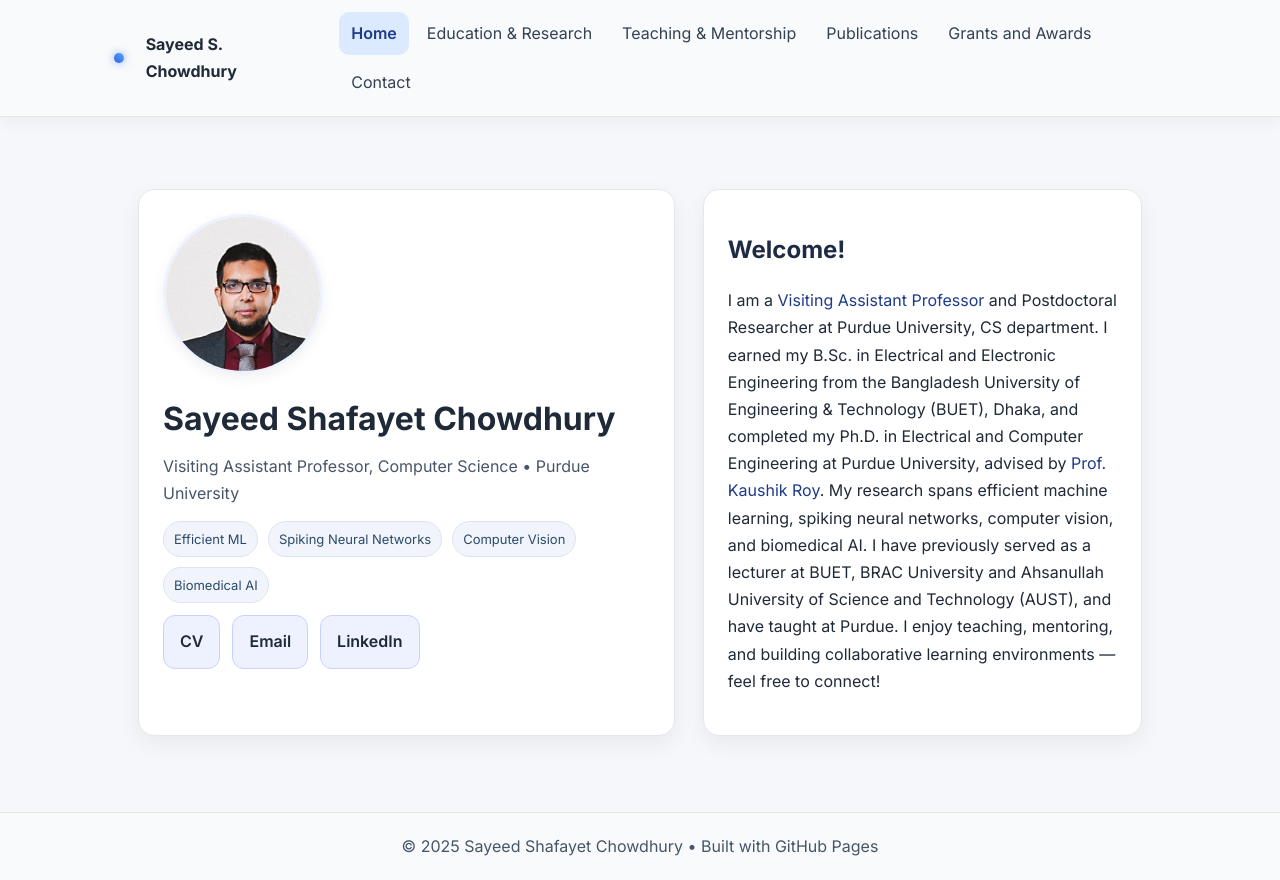
Repository: SayeedChowdhury/SayeedChowdhury.github.io
Page: index.html
These files come from the project's save history. The page is drawn as it stood at one moment and after the next save; the edit follows.
The browser window is 1280 px wide. The pictures show the whole page.

Above is the page before, as saved 2025-10-05 08:06:47.

### index.html
<!doctype html>
<html lang="en">
<head>
  <meta charset="utf-8">
  <meta name="viewport" content="width=device-width, initial-scale=1">
  <title>Sayeed S. Chowdhury • Academic Portfolio</title>
  <link rel="preconnect" href="https://fonts.googleapis.com">
  <link rel="preconnect" href="https://fonts.gstatic.com" crossorigin>
  <link href="https://fonts.googleapis.com/css2?family=Inter:wght@400;600;700&display=swap" rel="stylesheet">
  <link rel="stylesheet" href="assets/style.css">
</head>
<body>
<div class="nav">
  <div class="inner container">
    <div class="brand"><span class="dot"></span> <a href="index.html" style="text-decoration:none;color:inherit;">Sayeed S. Chowdhury</a></div>
    <div style="margin-left:auto; display:flex; gap:6px; flex-wrap:wrap">
      <a href="index.html" class="active">Home</a>
      <a href="edu-exp.html" class="">Education & Research</a>
      <a href="teaching.html" class="">Teaching & Mentorship</a>
      <!-- <a href="research.html" class="">Research</a> -->
      <a href="publications.html" class="">Publications</a>
      <a href="awards.html" class="">Grants and Awards</a>
      <a href="contact.html" class="">Contact</a>
    </div>
  </div>
</div>
<div class="container">

<section class="hero">
  <div class="card">
    <div class="row">
      <img class="headshot" src="images/headshot.jpg" alt="Headshot of Sayeed S. Chowdhury" />
      <div>
        <h1>Sayeed Shafayet Chowdhury</h1>
        <div class="lead">Visiting Assistant Professor, Computer Science • Purdue University</div>
        <div class="badges">
          <span class="badge">Efficient ML</span>
          <span class="badge">Spiking Neural Networks</span>
          <span class="badge">Computer Vision</span>
          <span class="badge">Biomedical AI</span>
        </div>
        <div class="cta">
          <a class="button" href="assets/cv.pdf" target="_blank" rel="noopener">CV</a>
          <a class="button" href="mailto:turjo11@gmail.com" target="_blank" rel="noopener">Email</a>
          <a class="button" href="https://www.linkedin.com/in/sayeed-shafayet-c-355aa7a1/" target="_blank" rel="noopener">LinkedIn</a>
        </div>

      </div>
    </div>
  </div>

  <div class="card">
    <h2>Welcome!</h2>
    <p>
        I am a <a href="https://www.cs.purdue.edu/people/faculty/chowdh23.html" target="_blank" rel="noopener">Visiting Assistant Professor</a> and Postdoctoral Researcher at Purdue University, CS department.
        I earned my B.Sc. in Electrical and Electronic Engineering from the
        Bangladesh University of Engineering & Technology (BUET), Dhaka, and completed my Ph.D. in Electrical and Computer Engineering at Purdue University, advised by
        <a href="https://scholar.google.com/citations?user=to4P8KgAAAAJ&hl=en" target="_blank" rel="noopener">
            Prof. Kaushik Roy</a>.
        My research spans efficient machine learning, spiking neural networks, computer vision, and biomedical AI.
        I have previously served as a lecturer at BUET, BRAC University and Ahsanullah University of Science and Technology (AUST), and have taught at Purdue.
        I enjoy teaching, mentoring, and building collaborative learning environments — feel free to connect!
    </p>
</div>

</section>

</div>
<div class="footer">© 2025 Sayeed Shafayet Chowdhury • Built with GitHub Pages</div>
</body>
</html>

### assets/style.css
/* ================================
   Sayeed S. Chowdhury — style.css
   Mild light theme (no top halo)
   ================================ */

   :root{
    --bg:#f6f7fb;          /* mild light (not white) */
    --panel:#ffffff;       /* card surface */
    --panel-2:#f1f5fb;     /* subtle secondary surface */
    --ink:#1f2937;         /* main text (slate-800) */
    --muted:#475569;       /* secondary text (slate-600) */
    --navy:#1e3a8a;        /* accent for nav/links (blue-900) */
    --gold:#b58500;        /* optional accent */
    --border:#e5e7eb;      /* card/nav borders */
    --shadow:0 8px 22px rgba(0,0,0,.06);
    --radius:16px;
  }

  /* Base */
  *{ box-sizing:border-box }
  html,body{ height:100% }
  body{
    margin:0;
    color:var(--ink);
    background:var(--bg); /* removed radial gradients/halo */
    font:16px/1.7 "Inter", system-ui, -apple-system, Segoe UI, Roboto, Helvetica, Arial;
    -webkit-font-smoothing:antialiased;
    text-rendering:optimizeLegibility;
  }

  .container{ max-width:1100px; margin:0 auto; padding:24px }

  /* Top Nav */
  .nav{
    position:sticky; top:0; z-index:10;
    background:#f9fafb;                      /* solid so it’s visible */
    backdrop-filter:saturate(140%) blur(6px);
    border-bottom:1px solid var(--border);
    box-shadow:0 6px 14px rgba(0,0,0,.04);
  }
  .nav .inner{ display:flex; align-items:center; gap:16px; padding:12px 24px; }
  .nav .brand{ display:flex; align-items:center; gap:10px; font-weight:700; color:var(--ink) }
  .nav .brand .dot{ width:10px; height:10px; border-radius:50%; background:linear-gradient(45deg,#2563eb,#60a5fa); box-shadow:0 0 8px rgba(37,99,235,.5) }
  .nav a{
    color:#334155;                            /* slate-700: readable */
    text-decoration:none;
    padding:8px 12px;
    border-radius:10px;
  }
  .nav a:hover{
    color:var(--navy);
    background:#e6edf7;                       /* gentle hover pill */
  }
  .nav a.active{
    color:var(--navy);
    background:#dbeafe;                       /* visible active pill */
    font-weight:600;
  }
  .nav a:focus-visible{ outline:2px solid #93c5fd; outline-offset:2px }

  /* Hero & Layout */
  .hero{
    display:grid; grid-template-columns:1.1fr .9fr; gap:28px; align-items:stretch;
    padding:48px 24px 12px;
  }
  .row{ display:flex; gap:18px; flex-wrap:wrap; align-items:center }

  /* Cards */
  .card{
    background:var(--panel);
    border:1px solid var(--border);
    border-radius:var(--radius);
    box-shadow:var(--shadow);
    padding:24px;
  }
  .cards{ display:grid; grid-template-columns:repeat(12,1fr); gap:20px; margin-top:18px }
  .card.grid-12{ grid-column:span 12 }
  .card.grid-6{ grid-column:span 6 }
  .card.grid-4{ grid-column:span 4 }

  /* Typography */
  h1{ font-size:32px; margin:0 0 6px }         /* smaller homepage name */
  h2{ font-size:24px; margin:16px 0 10px; color:#1f2a44 }
  h3{ font-size:18px; margin:0 0 6px }
  .lead{ color:var(--muted); font-size:16px }
  .kicker{ color:var(--gold); font-weight:700; letter-spacing:.4px; text-transform:uppercase; font-size:12px }
  .page-title{ margin:8px 0 16px }
  .page-title h1{ font-size:46px; letter-spacing:.4px; margin:0; color:#1f2a44 }

  /* Lists */
  .list{ padding-left:20px; margin:0 }
  .list li{ margin:10px 0 }

  /* Headshot */
  .headshot{
    width:160px; height:160px; border-radius:50%; object-fit:cover;
    border:3px solid #eef2ff; box-shadow:0 4px 14px rgba(0,0,0,.06)
  }

  /* Badges & Pills */
  .badges{ display:flex; flex-wrap:wrap; gap:10px; margin-top:14px }
  .badge{
    background:#f1f5fb; border:1px solid #dbe4f2; color:#2b4a6a;
    padding:6px 10px; border-radius:999px; font-size:13px
  }
  .pill{
    display:inline-block; padding:5px 10px; border:1px solid var(--border);
    border-radius:999px; font-size:12px; color:var(--muted); margin-right:8px
  }

  /* Buttons */
  .cta{ display:flex; gap:12px; flex-wrap:wrap; margin-top:12px }
  .button{
    display:inline-flex; align-items:center; gap:10px;
    padding:12px 16px; border-radius:12px;
    border:1px solid #c7d2fe; background:#eef2ff; color:#1f2937;
    text-decoration:none; font-weight:600;
  }
  .button:hover{ background:#e0e7ff }
  .button.secondary{ background:#ffffff; border:1px solid #e4e8ef }

  /* Links (site-wide) */
  a{ color:#1e3a8a; text-decoration:none }
  a:hover{ color:#0f2a6e; text-decoration:underline }
  a:visited{ color:#1e3a8a } /* avoid purple on visited */

  /* Sections */
  .section{ padding:12px }
  .section .title{ display:flex; align-items:center; justify-content:space-between }

  /* Footer (visible on light) */
  .footer{
    background:#f9fafb;
    color:#475569;
    border-top:1px solid var(--border);
    text-align:center;
    padding:20px;
    margin-top:40px;
  }

  /* Forms (if any) */
  input, textarea, select{
    background:#fff; color:var(--ink); border:1px solid var(--border);
    border-radius:10px; padding:10px 12px
  }
  input:focus, textarea:focus, select:focus{
    outline:2px solid #93c5fd; outline-offset:2px
  }

  /* Responsive */
  @media (max-width: 900px){
    .hero{ grid-template-columns:1fr }
    .card.grid-6, .card.grid-4{ grid-column:span 12 }
  }

  /* Print */
  @media print{
    .nav, .footer, .cta{ display:none }
    body{ background:#ffffff; color:#111 }
    .card{ box-shadow:none; border-color:#ddd }
  }

After the next save:
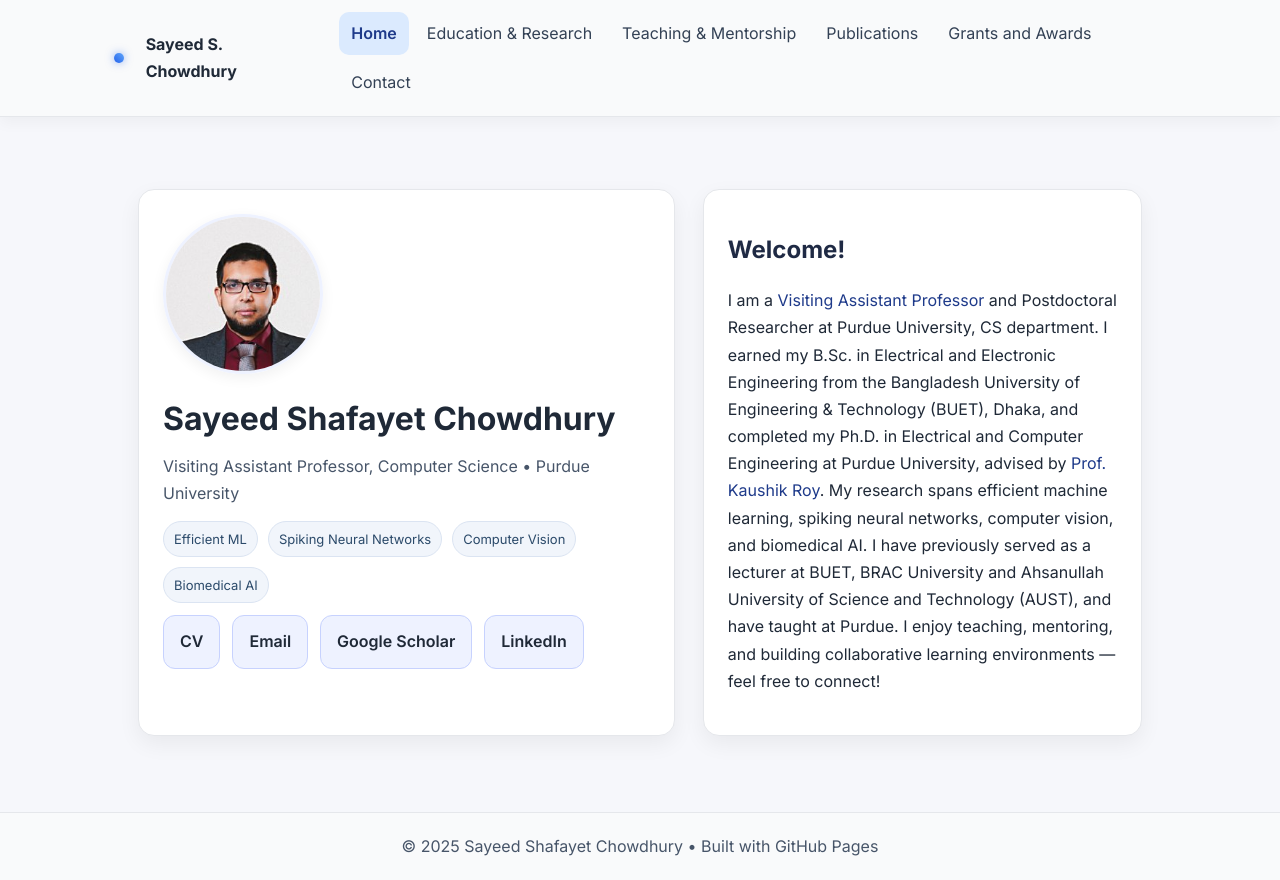
Saved 3 min 33 s later.
--- a/index.html
+++ b/index.html
@@ -42,6 +42,7 @@
         <div class="cta">
           <a class="button" href="assets/cv.pdf" target="_blank" rel="noopener">CV</a>
           <a class="button" href="mailto:turjo11@gmail.com" target="_blank" rel="noopener">Email</a>
+          <a class="button" href="https://scholar.google.com/citations?user=646ndV4AAAAJ&hl=en" target="_blank" rel="noopener">Google Scholar</a>
           <a class="button" href="https://www.linkedin.com/in/sayeed-shafayet-c-355aa7a1/" target="_blank" rel="noopener">LinkedIn</a>
         </div>
 
